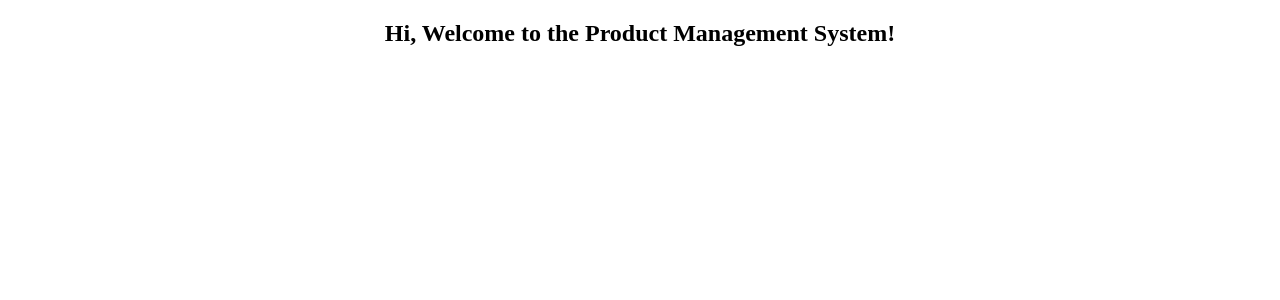
Repository: kanuwana/JavaWorkspace
Page: Product_Management_System/WebContent/index.html
An editor plug-in stored every save of this project. The page is shown before and after the next save, followed by the edit.
The browser window is 1280 px wide. The pictures show the whole page.

Above is the page before, as saved 2013-10-27 18:27:53.

### Product_Management_System/WebContent/index.html
<!DOCTYPE html>
<html>
<head>
<meta charset="ISO-8859-1">
<title>Product Management System</title>
</head>
<body>
<div align="center"><h2>Hi, Welcome to the Product Management System!</h2></div>

</body>
</html>

After the next save:
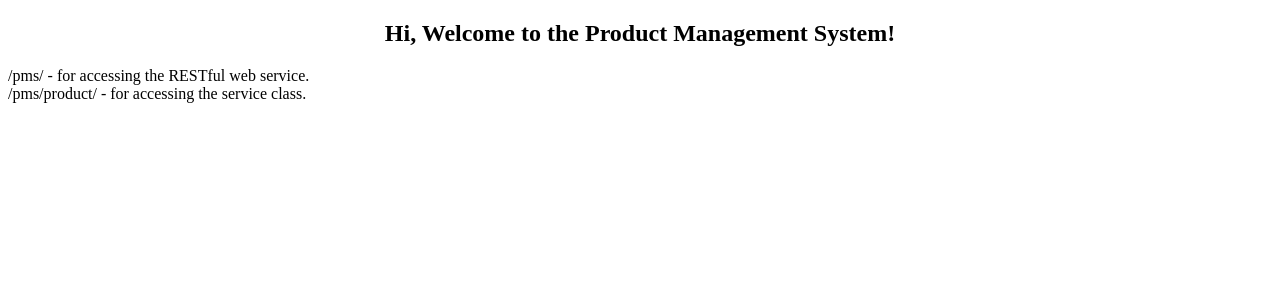
Saved 62 s later.
--- a/Product_Management_System/WebContent/index.html
+++ b/Product_Management_System/WebContent/index.html
@@ -6,6 +6,8 @@
 </head>
 <body>
 <div align="center"><h2>Hi, Welcome to the Product Management System!</h2></div>
-
+<div align="left">/pms/ - for accessing the RESTful web service.<br/>
+/pms/product/ - for accessing the service class.
+</div>
 </body>
 </html>
